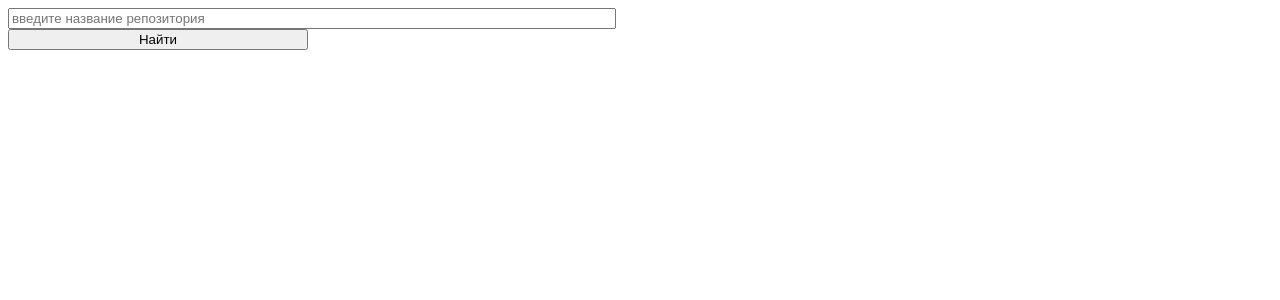
Repository: Grid-Master/repositoriesSearch
Page: index.html
The author's editor kept a copy of each file at every save. The page is drawn from the files as they stood at one save, then again after the next save.
The browser window is 1280 px wide. The pictures show the whole page.
The page's requests for data from a server got no answer.

Above is the page before, as saved 2023-03-05 19:46:55.

### index.html
<!DOCTYPE html>
<html lang="en">
  <head>
    <meta charset="UTF-8" />
    <meta http-equiv="X-UA-Compatible" content="IE=edge" />
    <meta name="viewport" content="width=device-width, initial-scale=1.0" />
    <title>git</title>
    <style>
      form {
        display: flex;
        flex-direction: column;
        margin: 0 auto;
      }
      button {
        width: 300px;
      }
      input {
        width: 600px;
      }
    </style>
  </head>
  <body>
    <form>
      <input type="text" placeholder="введите название репозитория" />
      <button type="submit">Найти</button>
    </form>
    <script src="./script.js"></script>
  </body>
</html>

### script.js
let repositories = [];
const token = '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';

async function getRepositories() {
  let response = await fetch(`https://api.github.com/repositories`, {
    headers: {
      Authorization: `Bearer ${token}`,
    },
  });

  repositories = await response.json();
}

async function func1() {
  await getRepositories();
  console.log(repositories);
  console.log(repositories.length);
}

func1();

After the next save:
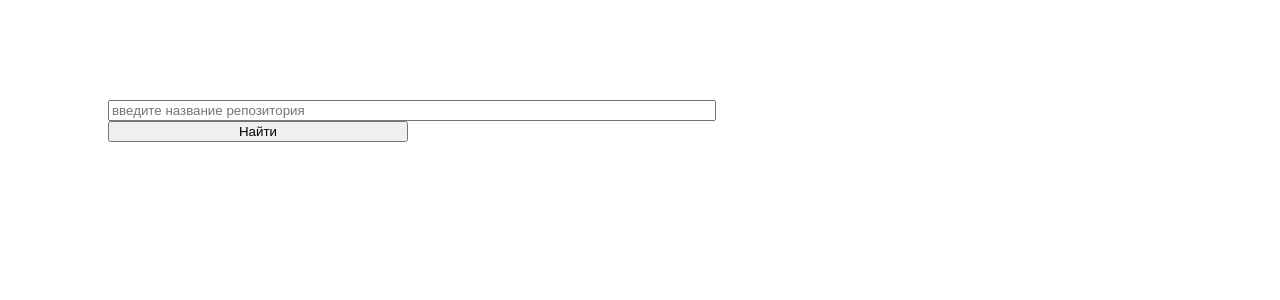
Saved 12 s later.
--- a/index.html
+++ b/index.html
@@ -9,7 +9,7 @@
       form {
         display: flex;
         flex-direction: column;
-        margin: 0 auto;
+        margin: 100px;
       }
       button {
         width: 300px;
